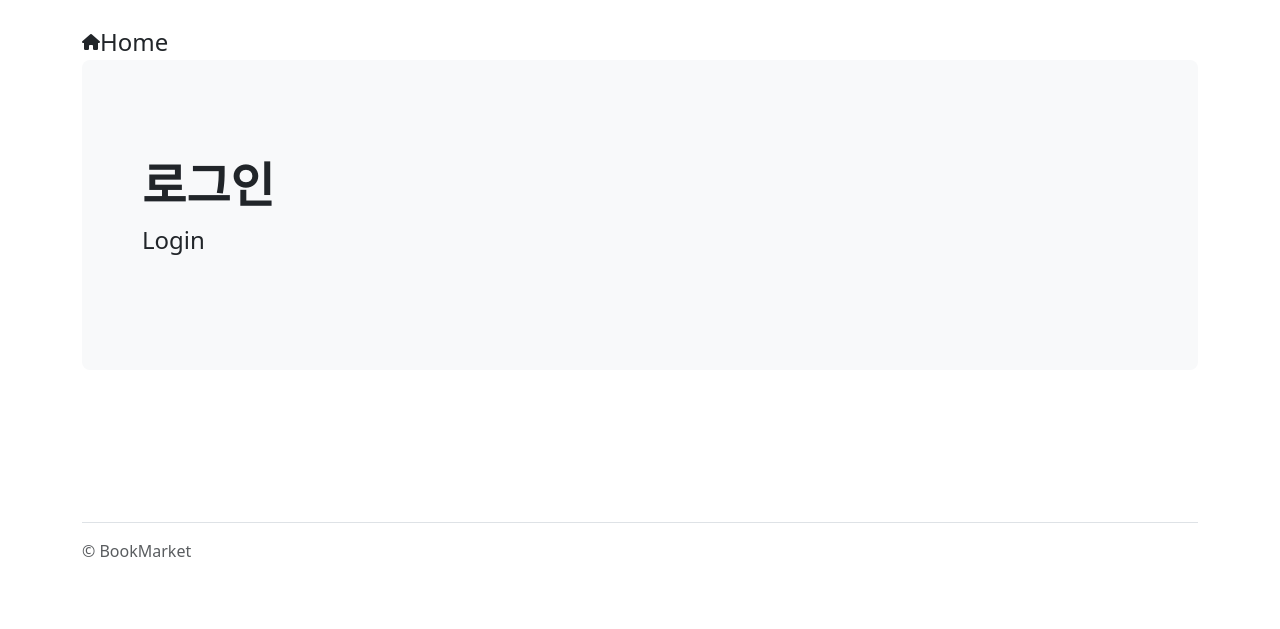
Repository: byeolchorong/ITedunet
Page: http://localhost/BookMarket/login.jsp
An editor plug-in stored every save of this project. The page is shown before and after the next save, followed by the edit.
The browser window is 1280 px wide. The pictures show the whole page.
Some web libraries are served in a nearby version. The page is served by Tomcat 9. Nobody is signed in. The application's start-up code is not run.

Above is the page before, as saved 2025-05-29 06:00:05.

After the next save:
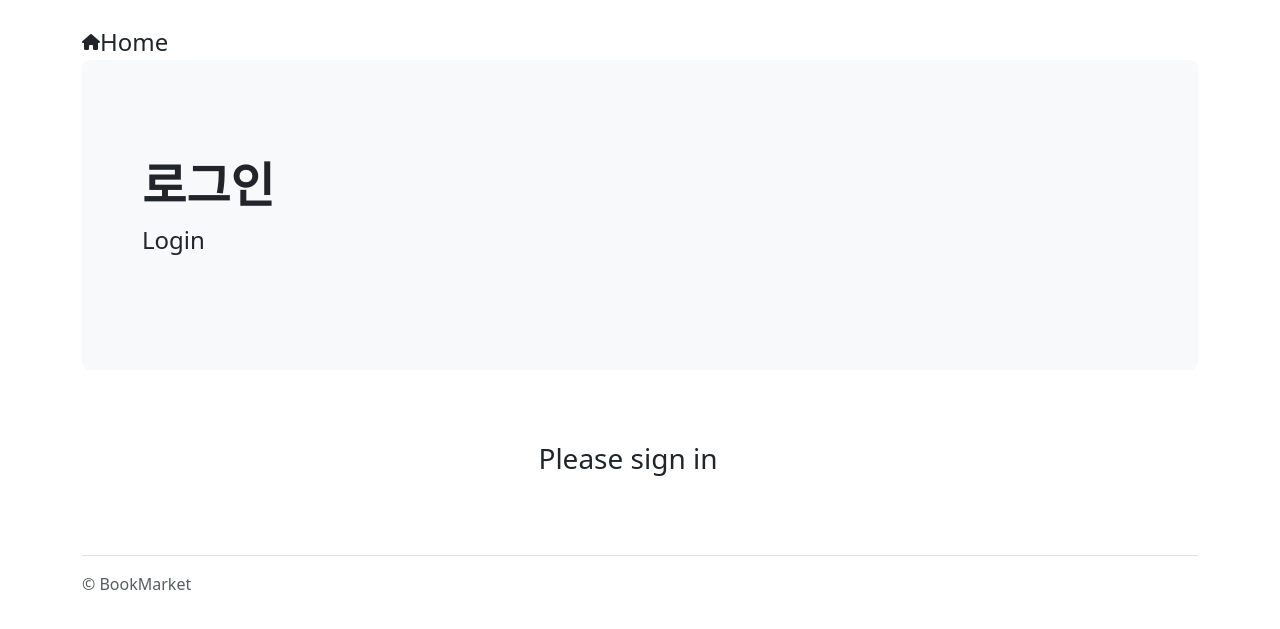
Saved 11 s later.
--- a/JSP/BookMarket/src/main/webapp/login.jsp
+++ b/JSP/BookMarket/src/main/webapp/login.jsp
@@ -20,7 +20,7 @@
 	<div class="row align-items-md-stretch text-center">
 		<div class="row justify-content-center align-items-center">
 			<div class="h-100 p-5 col-md-6">
-				<h3></h3>
+				<h3>Please sign in</h3>
 			</div>
 		</div>
 	</div>
